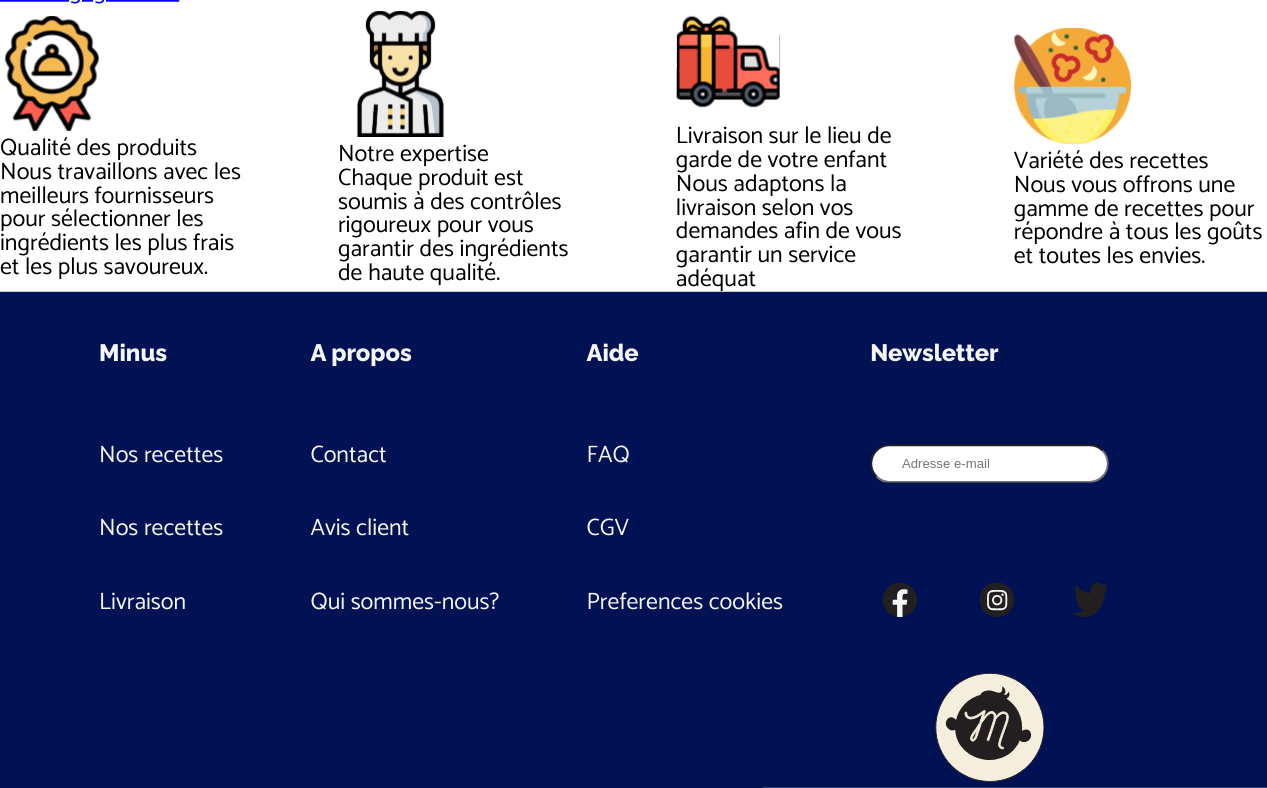
Repository: minus-team7/minus_team7
Page: minus_homepage.html
An editor plug-in stored every save of this project. The page is shown before and after a run of saves, followed by the edit.
The browser window is 1280 px wide. The pictures show the part of the page from y = 326 to 1284 px (the page is 1122 px tall before and 1284 px after), at 99% of full size.
A picture or video elsewhere on the page could not be fetched, so the positions and the page height are approximate.

Above is the page before, as saved 2023-02-12 22:18:30.

After the next 6 saves:
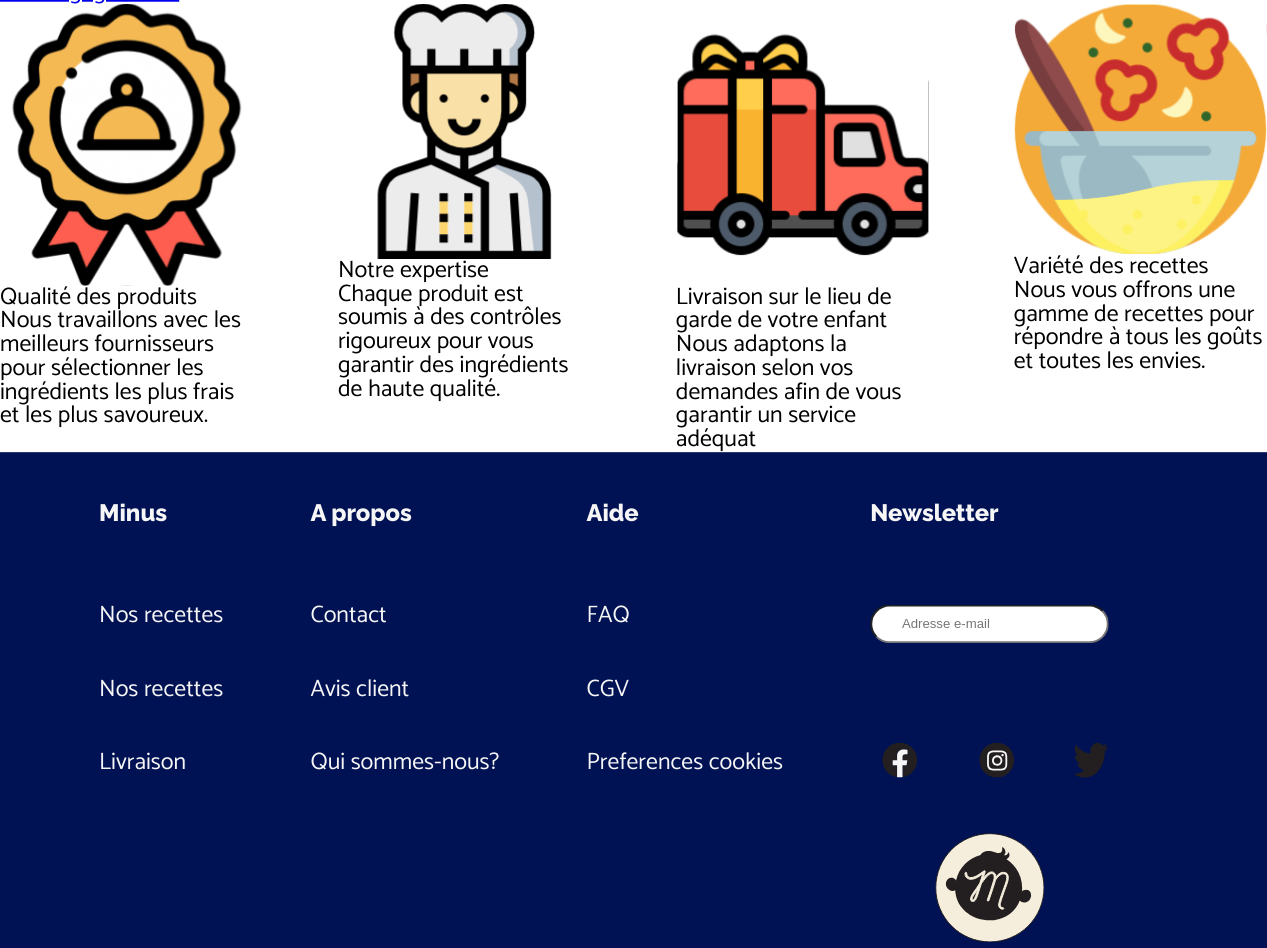
The 6 saves are shown as one change because they came seconds apart.
The last was saved 20 s later.
--- a/minus_homepage.css
+++ b/minus_homepage.css
@@ -9,11 +9,13 @@ body{
     flex-direction: row;
     flex-wrap: wrap;
     justify-content: space-between;
-    align-items: center;
 
 }
 .engagement{
     width: 20%;
+    display: flex;
+    flex-direction: column;
+
 }
 
 
